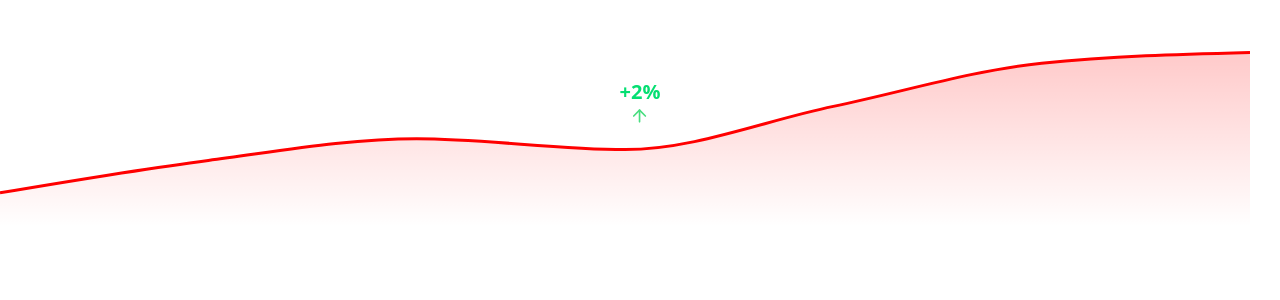
Repository: SharonSebastian32/reacharts
Page: /
An editor plug-in stored every save of this project. The page is shown before and after the next save, followed by the edit.
The browser window is 1280 px wide. The pictures show the whole page.
The project was rebuilt for these pictures with package versions that can differ from the ones it lists, and the page was loaded fresh each time. Also part of the build but not shown: vite.config.js.

Above is the page before, as saved 2025-03-20 22:51:53.

### src/App.jsx
import GrowthGraph from "./Components/CurveGraph";
function App() {
  return (
    <>
      <GrowthGraph />
    </>
  );
}

export default App;

### src/Components/CurveGraph.jsx
import React from 'react';
import { LineChart, Line, XAxis, YAxis, CartesianGrid, ResponsiveContainer, Area, AreaChart } from 'recharts';

const GrowthGraph = () => {
  // Sample data to create the desired curve
  const data = [
    { name: 'Jan', value: 20 },
    { name: 'Feb', value: 35 },
    { name: 'Mar', value: 45 },
    { name: 'Apr', value: 40 },
    { name: 'May', value: 60 },
    { name: 'Jun', value: 80 },
    { name: 'Jul', value: 85 },
  ];

  return (
    <div className="w-full h-64 bg-white relative">
      <ResponsiveContainer width="100%" height="100%">
        <AreaChart
          data={data}
          margin={{ top: 20, right: 30, left: 0, bottom: 20 }}
        >
          <defs>
            <linearGradient id="colorGradient" x1="0" y1="0" x2="0" y2="1">
              <stop offset="5%" stopColor="red" stopOpacity={0.2} />
              <stop offset="95%" stopColor="red" stopOpacity={0} />
            </linearGradient>
          </defs>
          <CartesianGrid vertical={false} horizontal={false} />
          <XAxis dataKey="name" hide={true} />
          <YAxis hide={true} />
          <Area
            type="monotone"
            dataKey="value"
            stroke="red"
            strokeWidth={3}
            fillOpacity={1}
            fill="url(#colorGradient)"
            dot={false}
            activeDot={false}
            isAnimationActive={true}
            animationDuration={1500}
          />
        </AreaChart>
      </ResponsiveContainer>

      {/* Growth indicator */}
      <div className="absolute text-green-400 font-bold text-xl" style={{ left: '50%', top: '40%', transform: 'translate(-50%, -50%)' }}>
        +2%
        <div className="flex justify-center">
          <svg width="20" height="20" viewBox="0 0 24 24" fill="none" xmlns="http://www.w3.org/2000/svg">
            <path d="M12 19L12 5" stroke="#4ade80" strokeWidth="2" strokeLinecap="round" strokeLinejoin="round"/>
            <path d="M5 12L12 5L19 12" stroke="#4ade80" strokeWidth="2" strokeLinecap="round" strokeLinejoin="round"/>
          </svg>
        </div>
      </div>
    </div>
  );
};

export default GrowthGraph;

Loaded but not shown: index.html (common file); src/main.jsx (common file); src/index.css (common file)

After the next save:
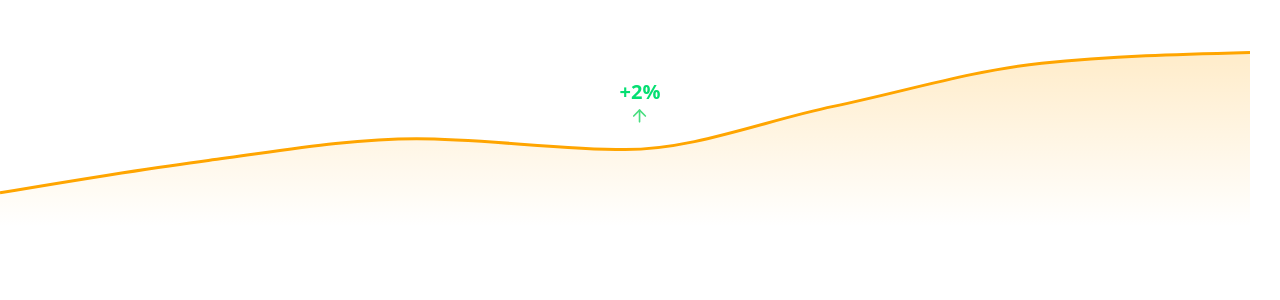
Saved 26 s later.
--- a/src/Components/CurveGraph.jsx
+++ b/src/Components/CurveGraph.jsx
@@ -2,7 +2,7 @@ import React from 'react';
 import { LineChart, Line, XAxis, YAxis, CartesianGrid, ResponsiveContainer, Area, AreaChart } from 'recharts';
 
 const GrowthGraph = () => {
-  // Sample data to create the desired curve
+  // Sample data to create the desiorange curve
   const data = [
     { name: 'Jan', value: 20 },
     { name: 'Feb', value: 35 },
@@ -22,8 +22,8 @@ const GrowthGraph = () => {
         >
           <defs>
             <linearGradient id="colorGradient" x1="0" y1="0" x2="0" y2="1">
-              <stop offset="5%" stopColor="red" stopOpacity={0.2} />
-              <stop offset="95%" stopColor="red" stopOpacity={0} />
+              <stop offset="5%" stopColor="orange" stopOpacity={0.2} />
+              <stop offset="95%" stopColor="orange" stopOpacity={0} />
             </linearGradient>
           </defs>
           <CartesianGrid vertical={false} horizontal={false} />
@@ -32,7 +32,7 @@ const GrowthGraph = () => {
           <Area
             type="monotone"
             dataKey="value"
-            stroke="red"
+            stroke="orange"
             strokeWidth={3}
             fillOpacity={1}
             fill="url(#colorGradient)"
